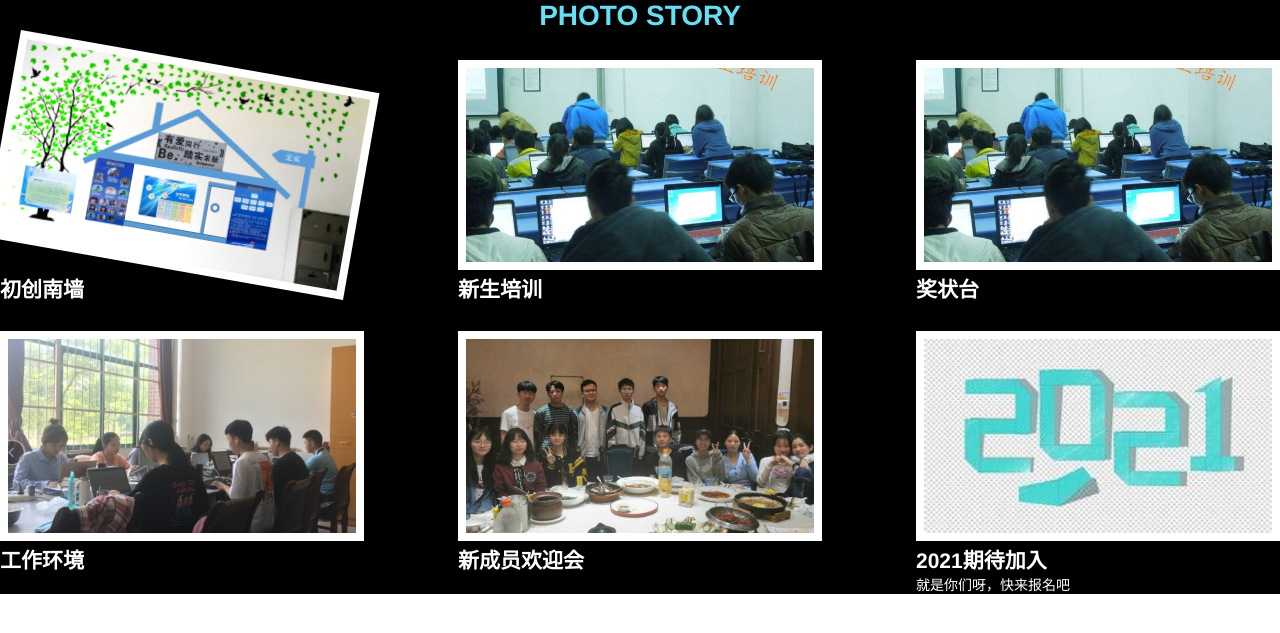
Repository: Homyit20/website
Page: /#/photo
An editor plug-in stored every save of this project. The page is shown before and after the next save, followed by the edit.
The browser window is 1280 px wide. The pictures show the whole page.
The project was rebuilt for these pictures with package versions that can differ from the ones it lists, and the page was loaded fresh each time. Also part of the build but not shown: vue.config.js.

Above is the page before, as saved 2021-08-10 15:37:06.

After the next save:
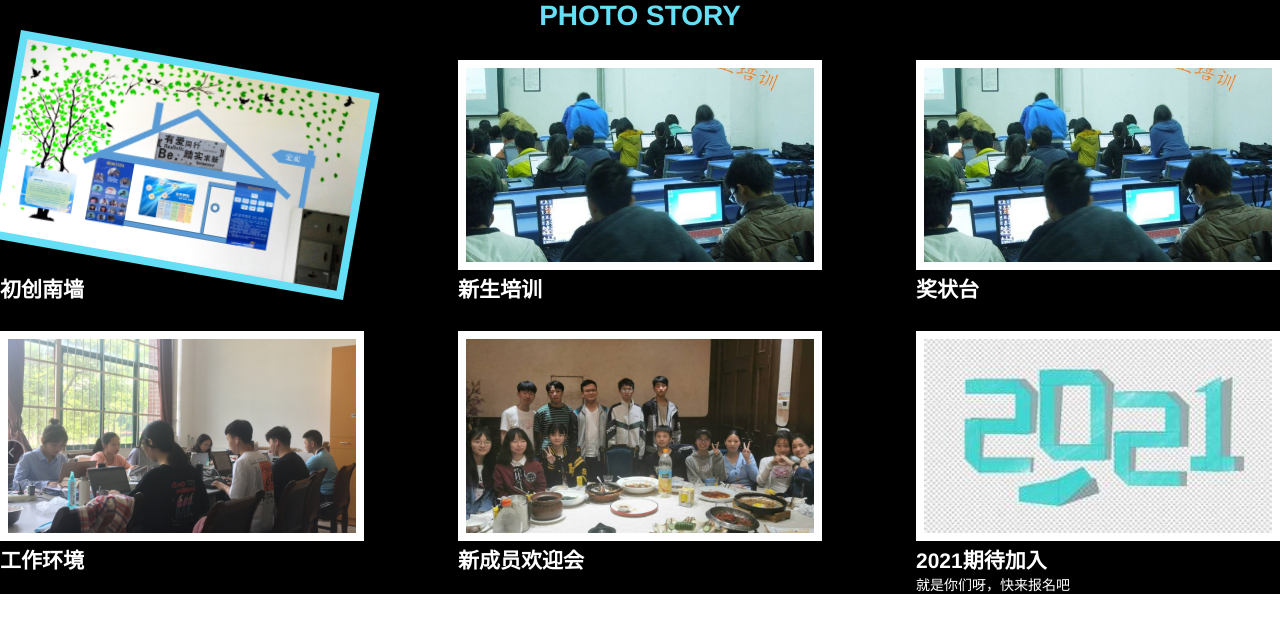
Saved 15 s later.
--- a/src/views/photo.vue
+++ b/src/views/photo.vue
@@ -82,7 +82,7 @@
   object-fit: cover;
 }
   .photo-content-img .photo-animate-one{
-    border: 8px solid #fff;
+    border: 8px solid #65dff5;
     animation: photoone 2s infinite ease-in-out;
   }
 /* 动画 */
